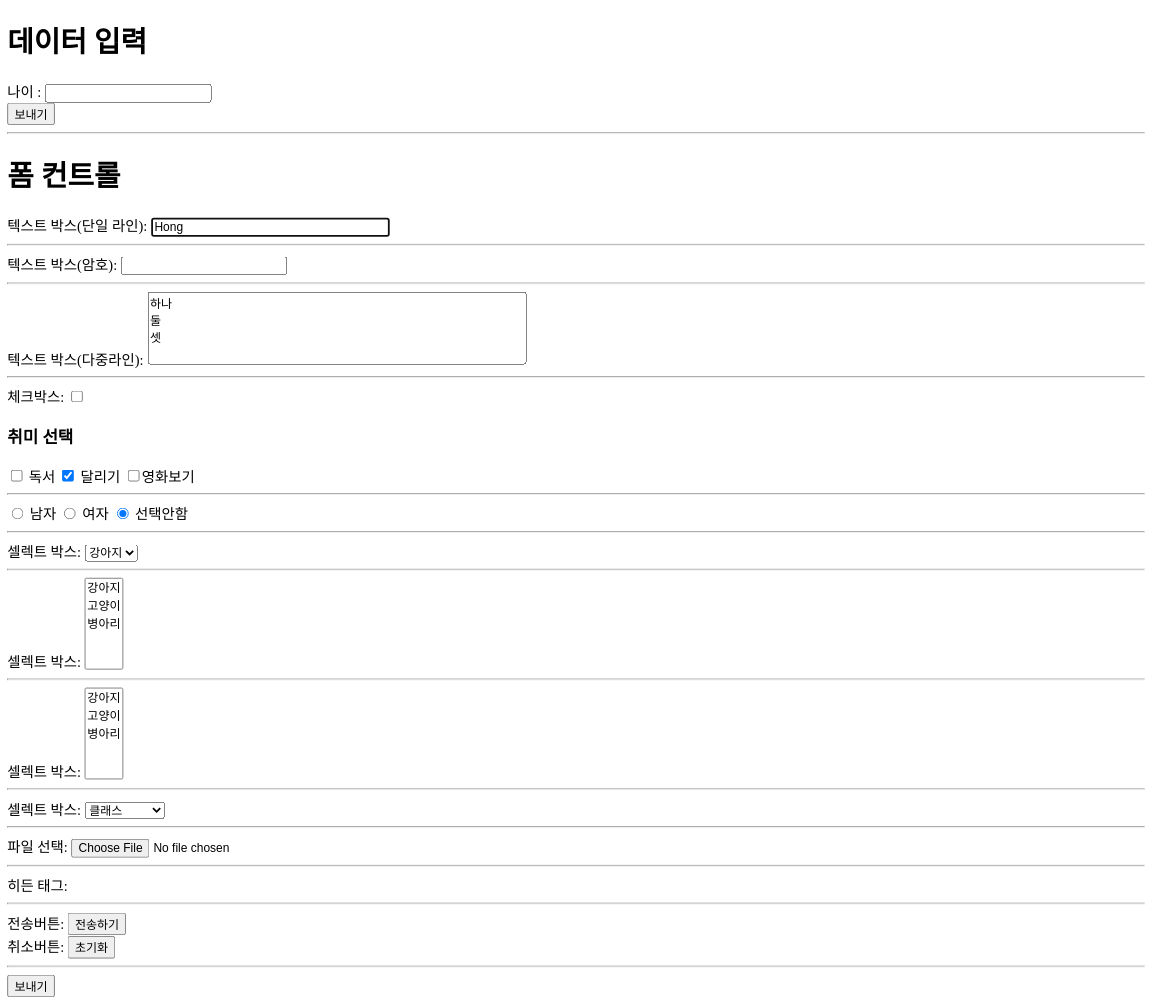
Repository: seula123/Front-End
Page: ClientTest/src/main/webapp/html/ex18_form.html
These files come from the project's save history. The page is drawn as it stood at one moment and after the next save; the edit follows.
The browser window is 1280 px wide. The pictures show the whole page, at 90% of full size.

Above is the page before, as saved 2023-09-21 07:30:17.

After the next save:
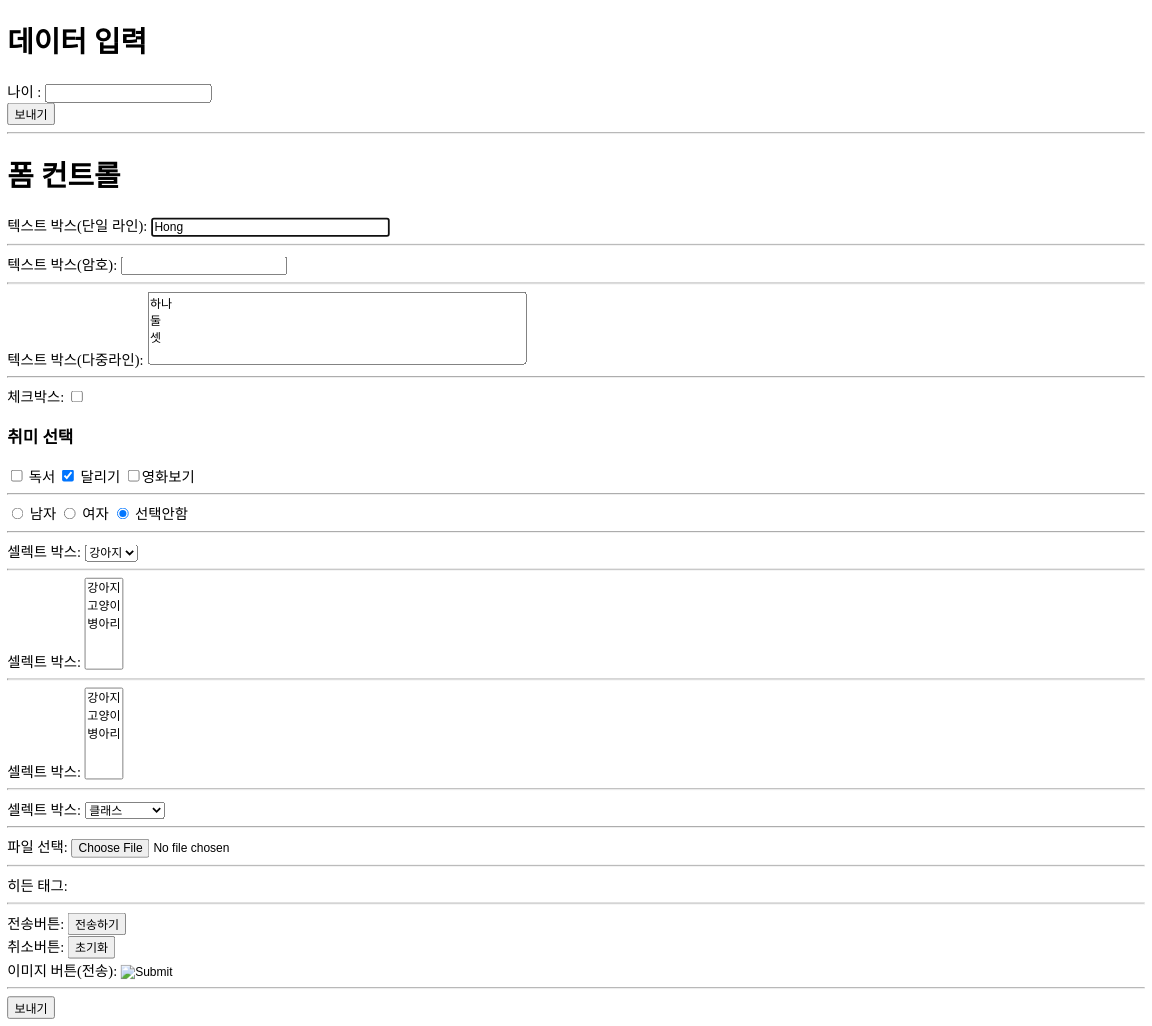
Saved 111 s later.
--- a/ClientTest/src/main/webapp/html/ex18_form.html
+++ b/ClientTest/src/main/webapp/html/ex18_form.html
@@ -237,6 +237,10 @@
 	<br>
 
 
+	이미지 버튼(전송):
+	<input type = "image">
+   	<br>
+
 
    <hr>
    <input type="submit" value="보내기">
